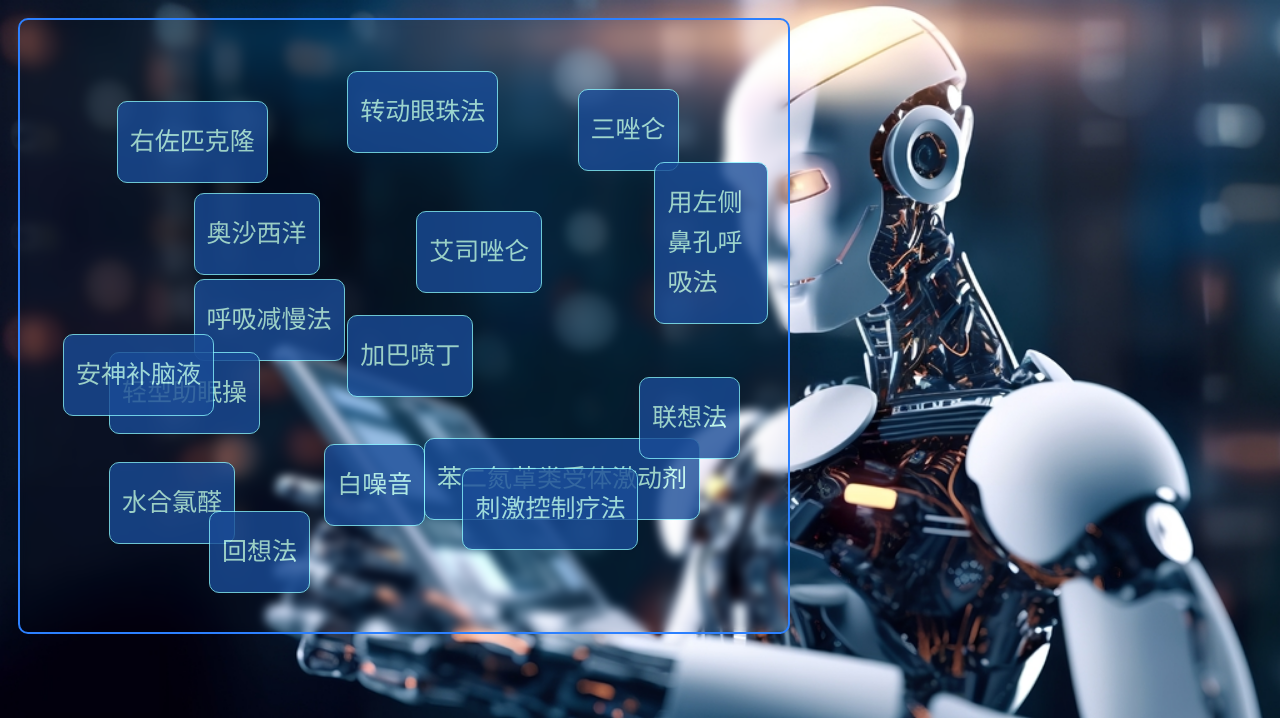
Repository: chjyume/zhongyi
Page: test.html
These files come from the project's save history. The page is drawn as it stood at one moment and after the next save; the edit follows.
The browser window is 1280 px wide. The page is 1288 px wide, so the pictures cover 1288 px, including what lies to the right of the window. The pictures show the whole page.

Above is the page before, as saved 2023-06-30 10:10:50.

After the next save:
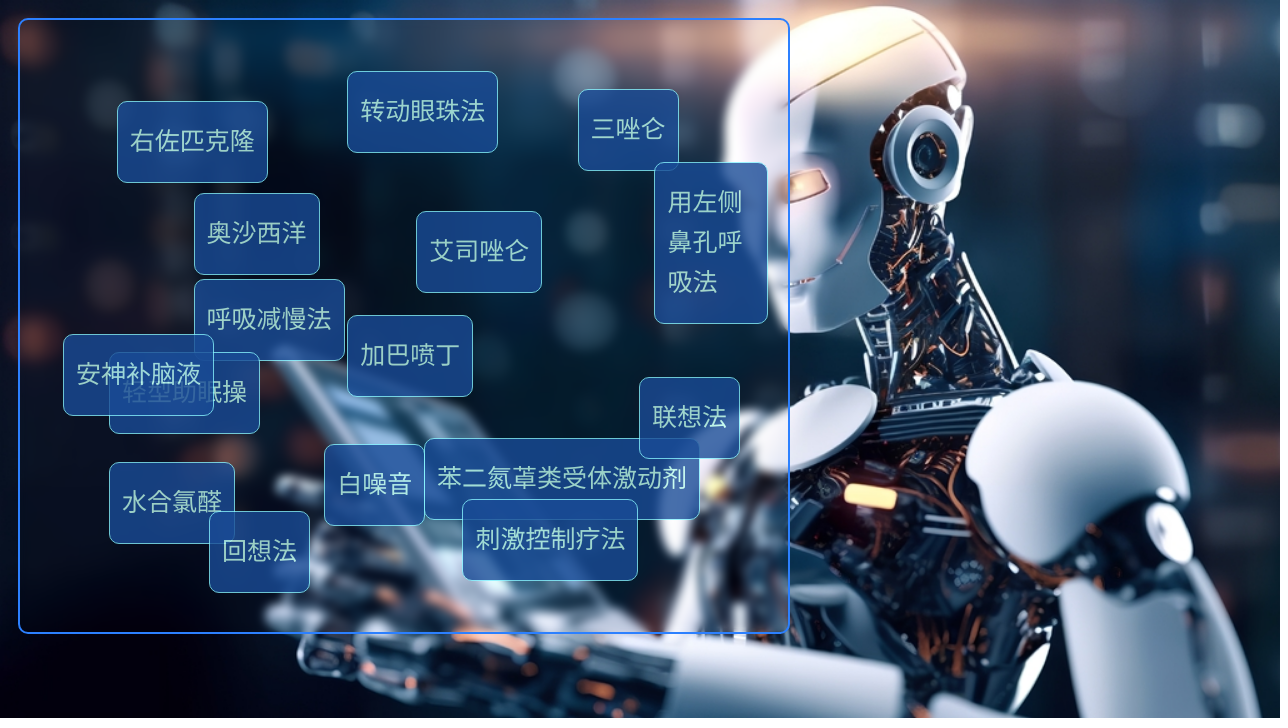
Saved 7 s later.
--- a/test.html
+++ b/test.html
@@ -97,7 +97,7 @@
     left:calc(3%);
   }
   .tt9{
-    top:calc(70%);
+    top:calc(75%);
     left:calc(55%);
   }
     </style>
